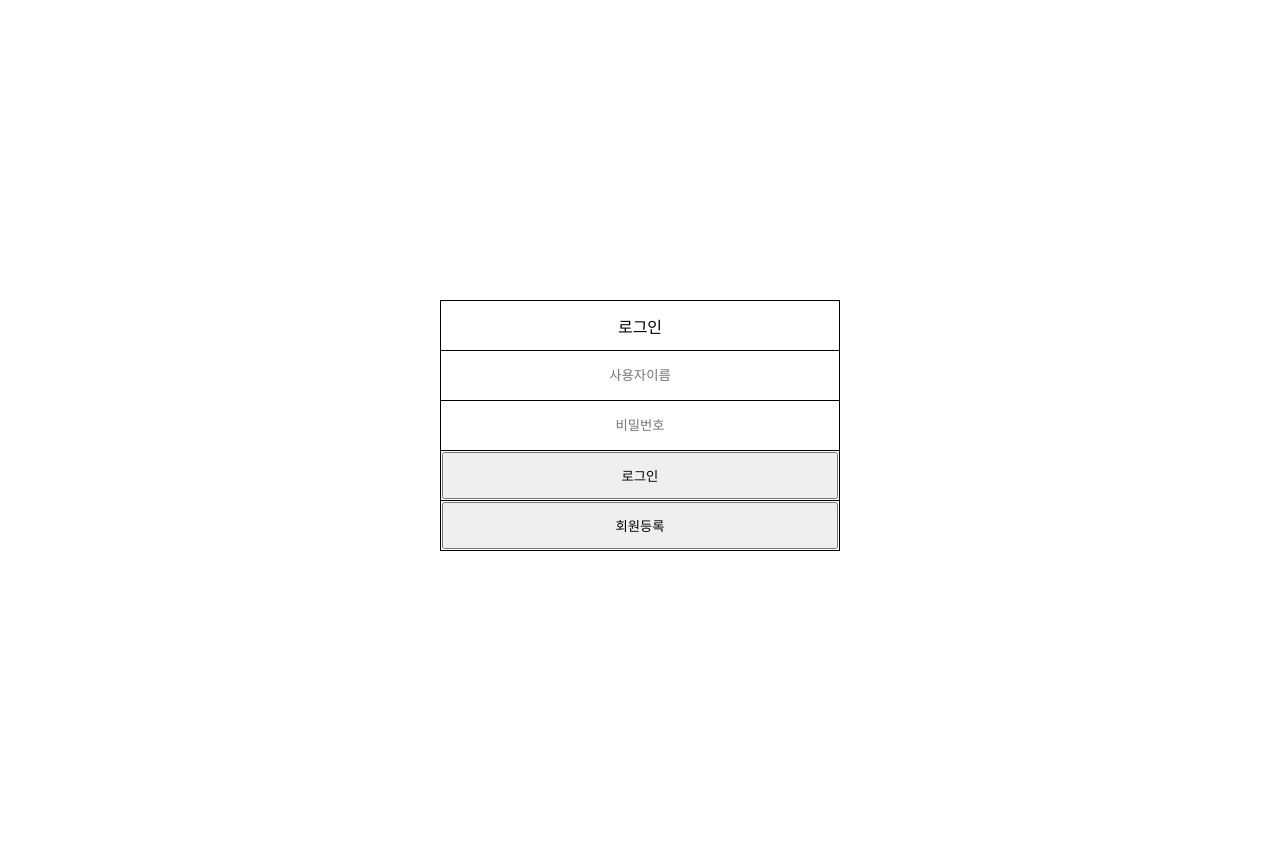
Repository: jyein/spring-boot
Page: servlet/ServletStudy-202210-seonguk/src/main/webapp/WEB-INF/account/register.html
These files come from the project's save history. The page is drawn as it stood at one moment and after the next save; the edit follows.
The browser window is 1280 px wide. The pictures show the whole page.

Above is the page before, as saved 2022-12-02 11:13:29.

### servlet/ServletStudy-202210-seonguk/src/main/webapp/WEB-INF/account/register.html
<!DOCTYPE html>
<html>
<head>
<meta charset="UTF-8">
<title>Insert title here</title>
<style type="text/css">
* {
	box-sizing: border-box;
}

table {
	margin: 300px auto;
	border: 1px solid black;
	border-collapse: collapse;
	width: 400px;
	border: 1px solid black;
}

td {
	border: 1px solid black;
	height: 50px;
	text-align: center;
}

input {
	border: none;
	outline: none;
	width: 100%;
	height: 100%;
	text-align: center;
}

button {
	width: 100%;
	height: 100%;
	cursor: pointer;
}
</style>
</head>
<body>
	<form action="/auth/login" method="post">
		<table>
			<tr>
				<td>로그인</td>
			</tr>
			<tr>
				<td><input type="text" name="username" placeholder="사용자이름">
				</td>
			</tr>
			<tr>
				<td><input type="password" name="password" placeholder="비밀번호">
				</td>
			</tr>
			<tr>
				<td>
					<button type="submit">로그인</button>
				</td>
			</tr>
			<tr>
				<td>
					<button type="button">회원등록</button>
				</td>
			</tr>
		</table>
	</form>
</body>
</html>

After the next save:
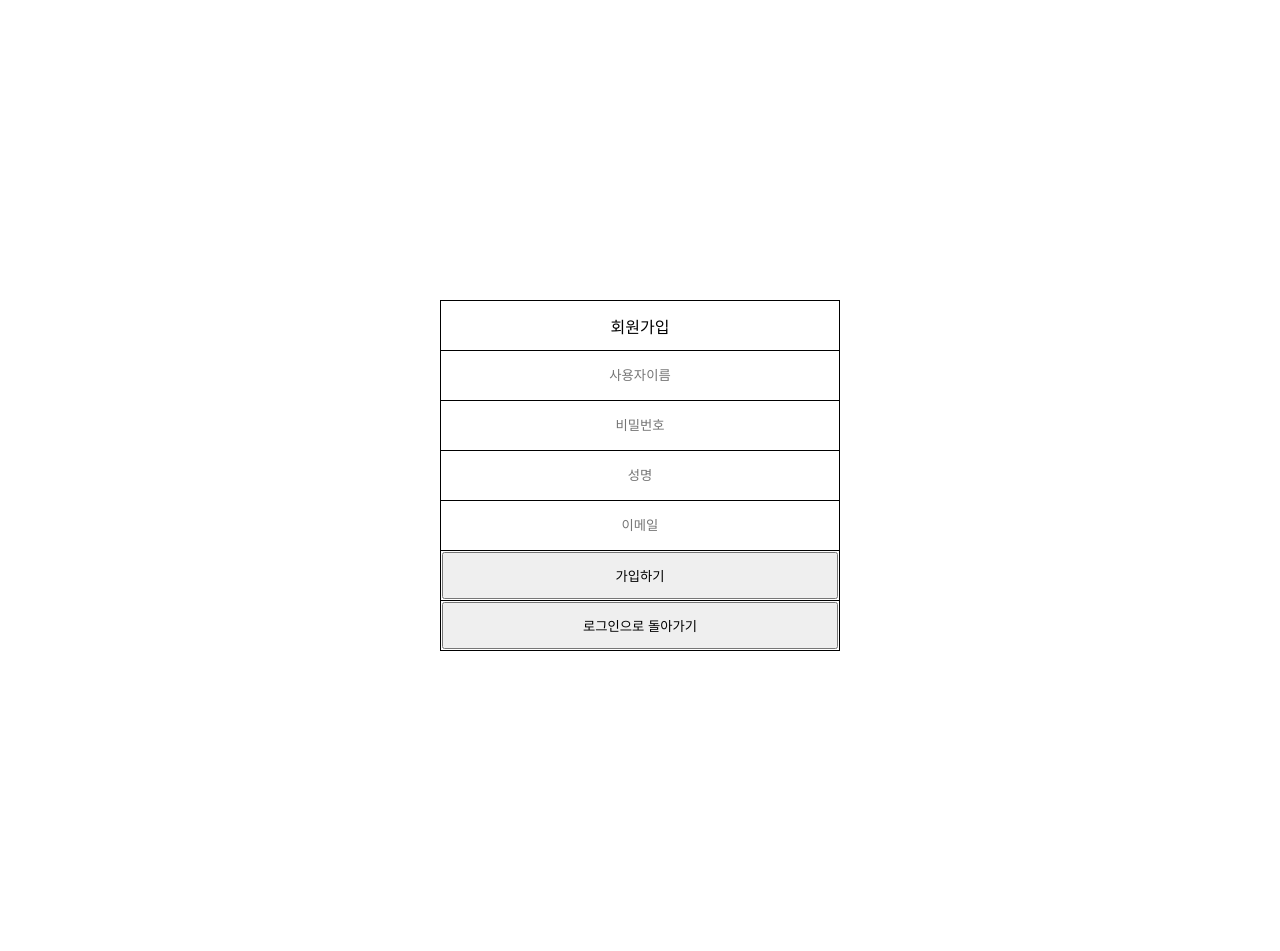
Saved 4 min 36 s later.
--- a/servlet/ServletStudy-202210-seonguk/src/main/webapp/WEB-INF/account/register.html
+++ b/servlet/ServletStudy-202210-seonguk/src/main/webapp/WEB-INF/account/register.html
@@ -41,7 +41,7 @@ button {
 	<form action="/auth/login" method="post">
 		<table>
 			<tr>
-				<td>로그인</td>
+				<td>회원가입</td>
 			</tr>
 			<tr>
 				<td><input type="text" name="username" placeholder="사용자이름">
@@ -52,13 +52,21 @@ button {
 				</td>
 			</tr>
 			<tr>
-				<td>
-					<button type="submit">로그인</button>
+				<td><input type="text" name="name" placeholder="성명">
+				</td>
+			</tr>
+			<tr>
+				<td><input type="email" name="email" placeholder="이메일">
 				</td>
 			</tr>
 			<tr>
 				<td>
-					<button type="button">회원등록</button>
+					<button type="submit">가입하기</button>
+				</td>
+			</tr>
+			<tr>
+				<td>
+					<button type="button">로그인으로 돌아가기</button>
 				</td>
 			</tr>
 		</table>
